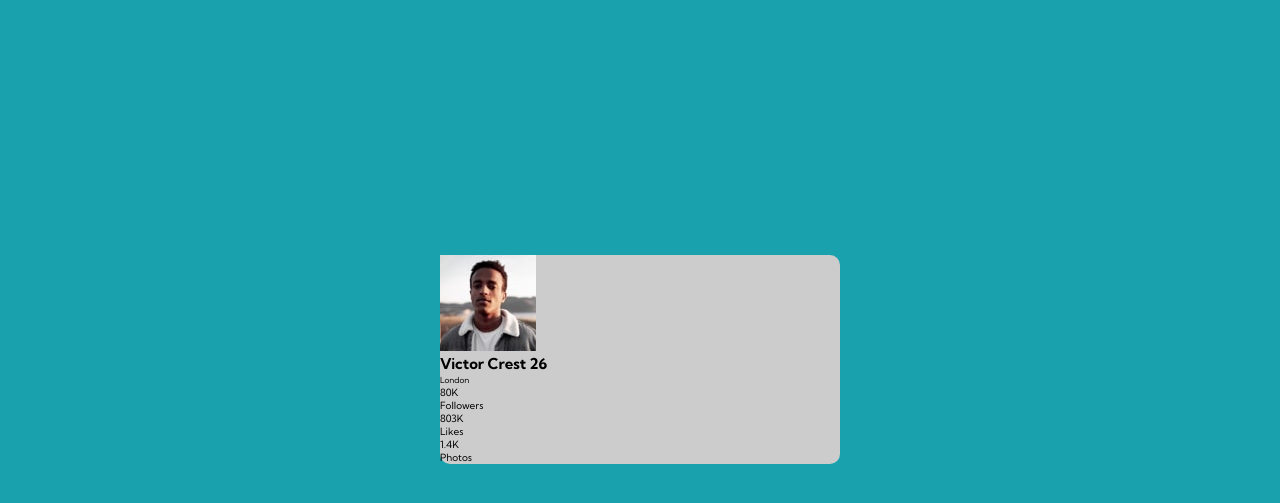
Repository: thaibaocoder1/profile-card-component-main
Page: index.html
An editor plug-in stored every save of this project. The page is shown before and after the next save, followed by the edit.
The browser window is 1280 px wide. The pictures show the whole page.

Above is the page before, as saved 2023-01-11 13:37:05.

### index.html
<!DOCTYPE html>
<html lang="en">
<head>
  <meta charset="UTF-8">
  <meta name="viewport" content="width=device-width, initial-scale=1.0">
  <link rel="icon" type="image/png" sizes="32x32" href="./images/favicon-32x32.png">
  <title>Frontend Mentor | Profile card component</title>
  <link rel="stylesheet" href="./style.css">
  <!-- Feel free to remove these styles or customise in your own stylesheet 👍 -->
  <style>
    .attribution { font-size: 11px; text-align: center; }
    .attribution a { color: hsl(228, 45%, 44%); }
  </style>
</head>
<body>
  <main class="card">
    <section class="card__top">
      <img src="./images/image-victor.jpg" alt="">
    </section>
    <section class="card__bottom">
      <h1 class="card__bottom--heading">Victor Crest <span>26</span></h1>
      <small class="card__bottom--address">London</small>
      <hr>
      <div class="card__bottom--socials">
        <div class="card__bottom--item">
          <p>80K</p>
          <span>Followers</span>
        </div>
        <div class="card__bottom--item">
          <p>803K</p>
          <span>Likes</span>
        </div>
        <div class="card__bottom--item">
          <p>1.4K</p>
          <span>Photos</span>
        </div>
      </div>
    </section>
  </main>
  <!-- <div class="attribution">
    Challenge by <a href="https://www.frontendmentor.io?ref=challenge" target="_blank">Frontend Mentor</a>.
    Coded by <a href="#">Your Name Here</a>.
  </div> -->
</body>
</html>

### style.css
@import url('https://fonts.googleapis.com/css2?family=Kumbh+Sans:wght@400;700&display=swap');
* {
    margin: 0;
    padding: 0;
    box-sizing: border-box;
    border: none;
    outline: none;
}
html {
    font-size: 62.5%;
}
body {
    text-rendering: optimizeLegibility;
    scroll-behavior: smooth;
    font-family: 'Kumbh Sans', sans-serif;
    display: flex;
    align-items: center;
    justify-content: center;
    background-color: var(--dark-cyan);
    height: calc(100vh - 1px)
}
:root {
    --dark-cyan: hsl(185, 75%, 39%);
    --very-dark-blue: hsl(229, 23%, 23%);
    --dark-blue: hsl(227, 10%, 46%);
    --dark-grey: hsl(0, 0%, 59%);
}
.card {
    width: 400px;
    background-color: #ccc;
    border-radius: 1rem;
    position: relative;
}
/* .card__top {
    width: 100%;
    /* height: 10rem; */
} */
.card__top img {
    width: 10rem;
    height: 10rem;
    border-radius: 50%;
    object-fit: cover;
    border: 6px solid #fff;
    position: absolute;
    top: 0;
    left: 50%;
    transform: translate(-50%, -50%);
}

After the next save:
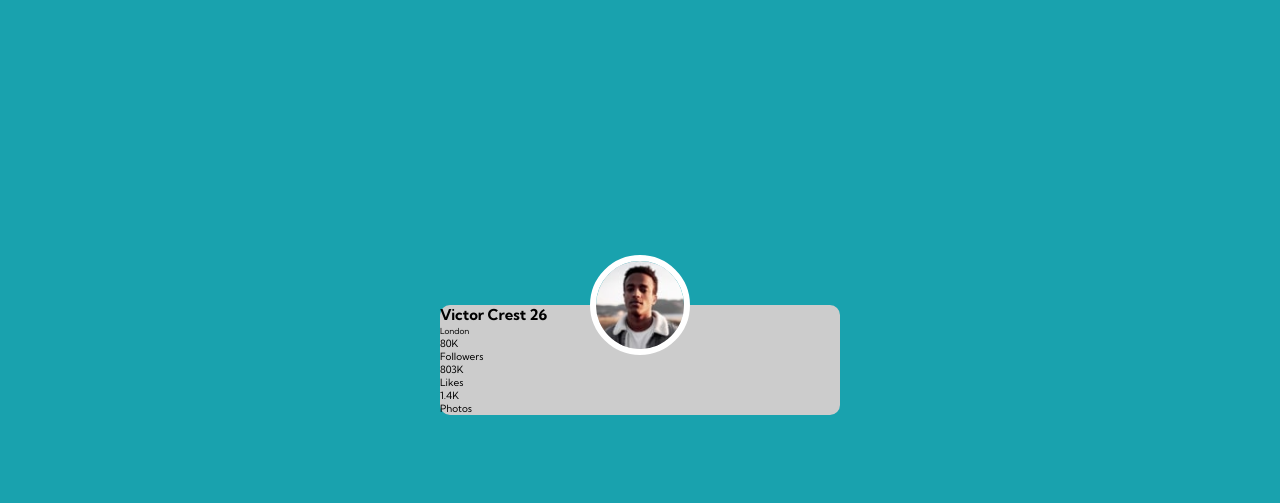
Saved 5 s later.
--- a/style.css
+++ b/style.css
@@ -31,10 +31,6 @@ body {
     border-radius: 1rem;
     position: relative;
 }
-/* .card__top {
-    width: 100%;
-    /* height: 10rem; */
-} */
 .card__top img {
     width: 10rem;
     height: 10rem;
